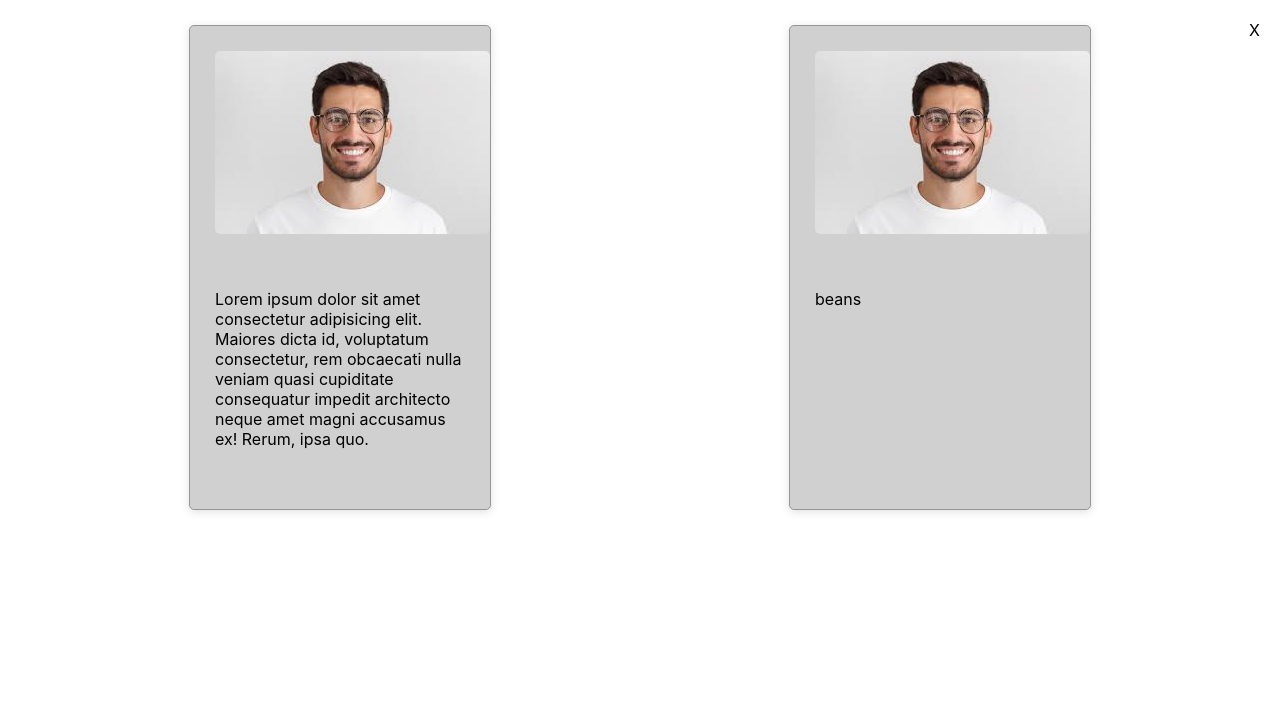
Repository: mikelnorth/team-profile-demo
Page: /
An editor plug-in stored every save of this project. The page is shown before and after the next save, followed by the edit.
The browser window is 1280 px wide. The pictures show the whole page.
The project was rebuilt for these pictures with package versions that can differ from the ones it lists, and the page was loaded fresh each time.

Above is the page before, as saved 2022-05-19 19:27:01.

After the next save:
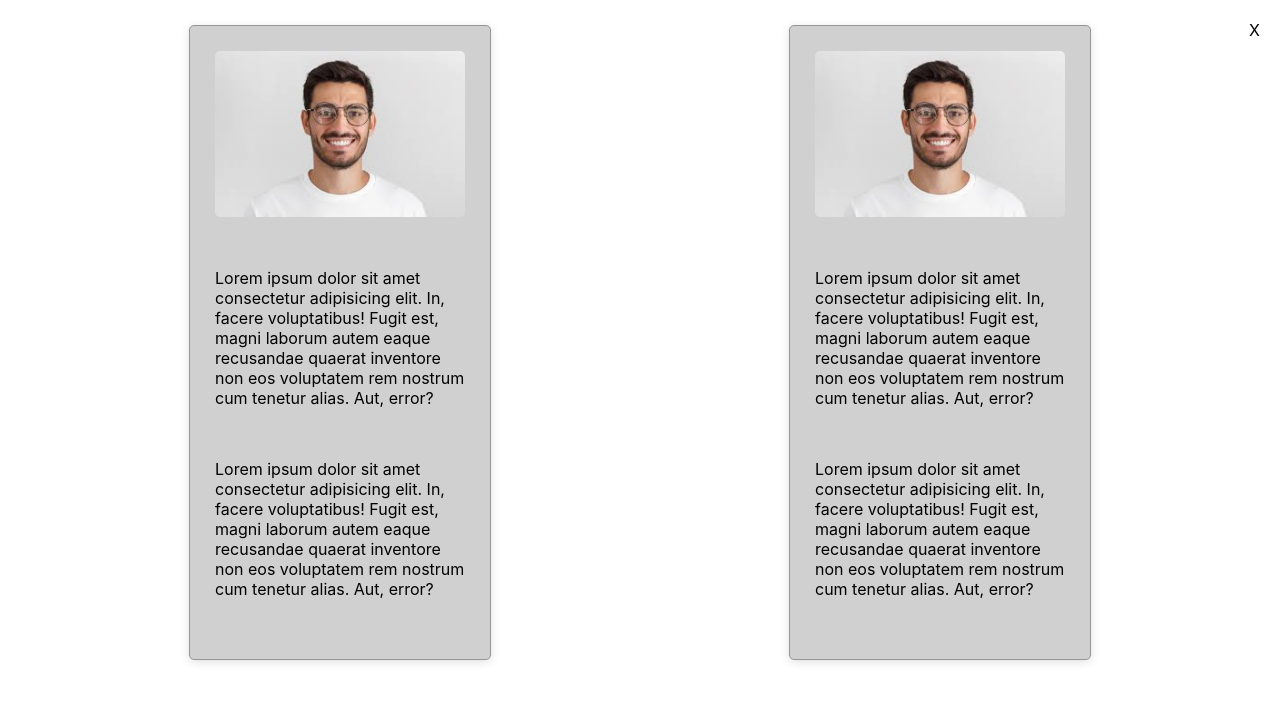
Saved 97 s later.
--- a/src/components/Card.js
+++ b/src/components/Card.js
@@ -1,11 +1,21 @@
 import headshot from "../assets/images/stock-head.jpeg";
 import './Card.scss';
 
-export default function Card({person, children}) {
+export default function Card({person}) {
   console.log('person', person )
   return (
     <section className="card">
-      {children}
+      <img src={headshot} alt="headshot" />
+      <p>
+        Lorem ipsum dolor sit amet consectetur adipisicing elit. In, facere
+        voluptatibus! Fugit est, magni laborum autem eaque recusandae quaerat
+        inventore non eos voluptatem rem nostrum cum tenetur alias. Aut, error?
+      </p>
+      <p>
+        Lorem ipsum dolor sit amet consectetur adipisicing elit. In, facere
+        voluptatibus! Fugit est, magni laborum autem eaque recusandae quaerat
+        inventore non eos voluptatem rem nostrum cum tenetur alias. Aut, error?
+      </p>
     </section>
   );
 }
